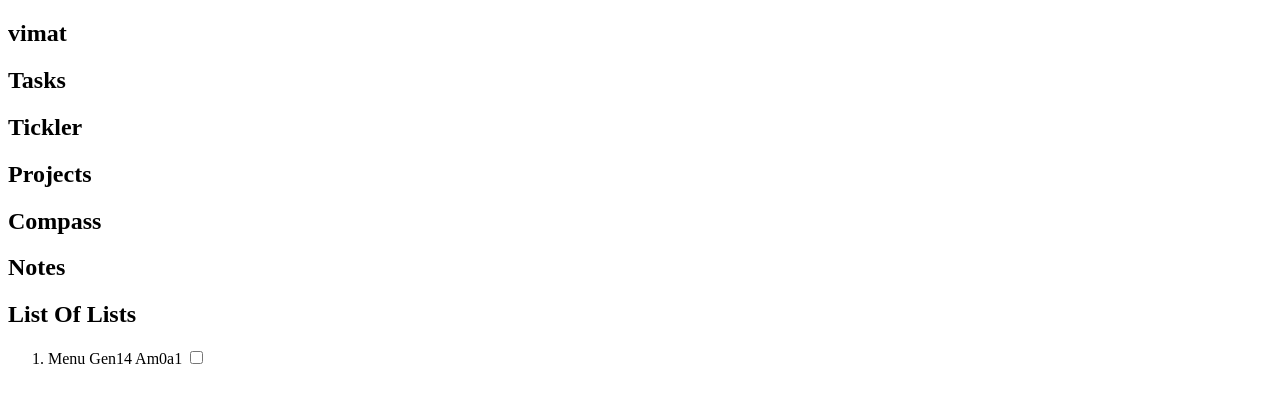
Repository: azwarners/vimat
Page: VIMAT/index.html
The author's editor kept a record of every edit. The page is drawn from the files as they stood at one moment, then again after the next edit.
The browser window is 1280 px wide. The pictures show the whole page.

Above is the page before.
Console error: ReferenceError: createNS is not defined

After the next edit:
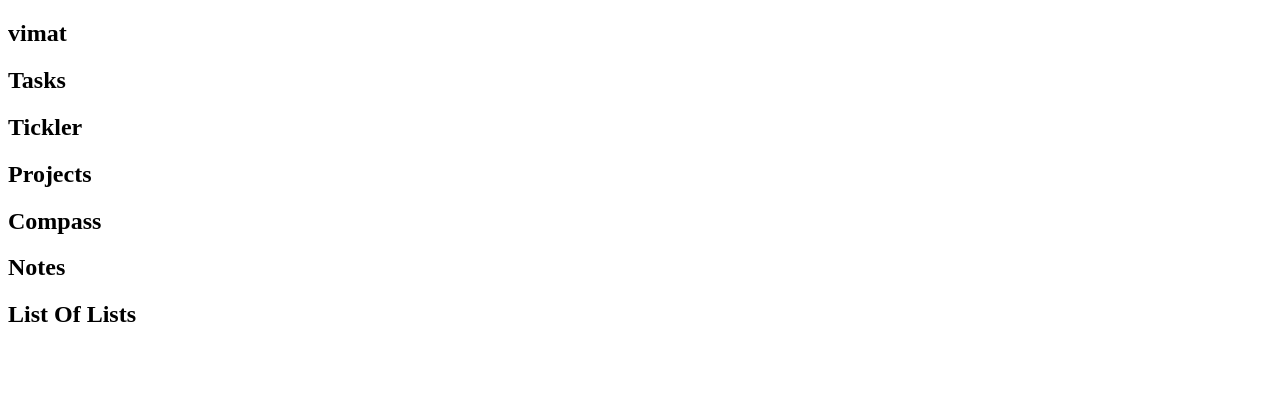
The edit:
--- a/VIMAT/index.html
+++ b/VIMAT/index.html
@@ -64,10 +64,10 @@
     </section>
 
     <!--css tree example -->
-    <ol class="menutree">
-      <li>
-        <label class="menu_label" for="c1">Menu Gen14 Am0a1</label>
-        <input type="checkbox" id="c1" />
+    <!--<ol class="menutree">-->
+    <!--  <li>-->
+    <!--    <label class="menu_label" for="c1">Menu Gen14 Am0a1</label>-->
+    <!--    <input type="checkbox" id="c1" /> -->
            <!--input must follow label for safari -->
     <!--    <ol>-->
     <!--      <li>-->
